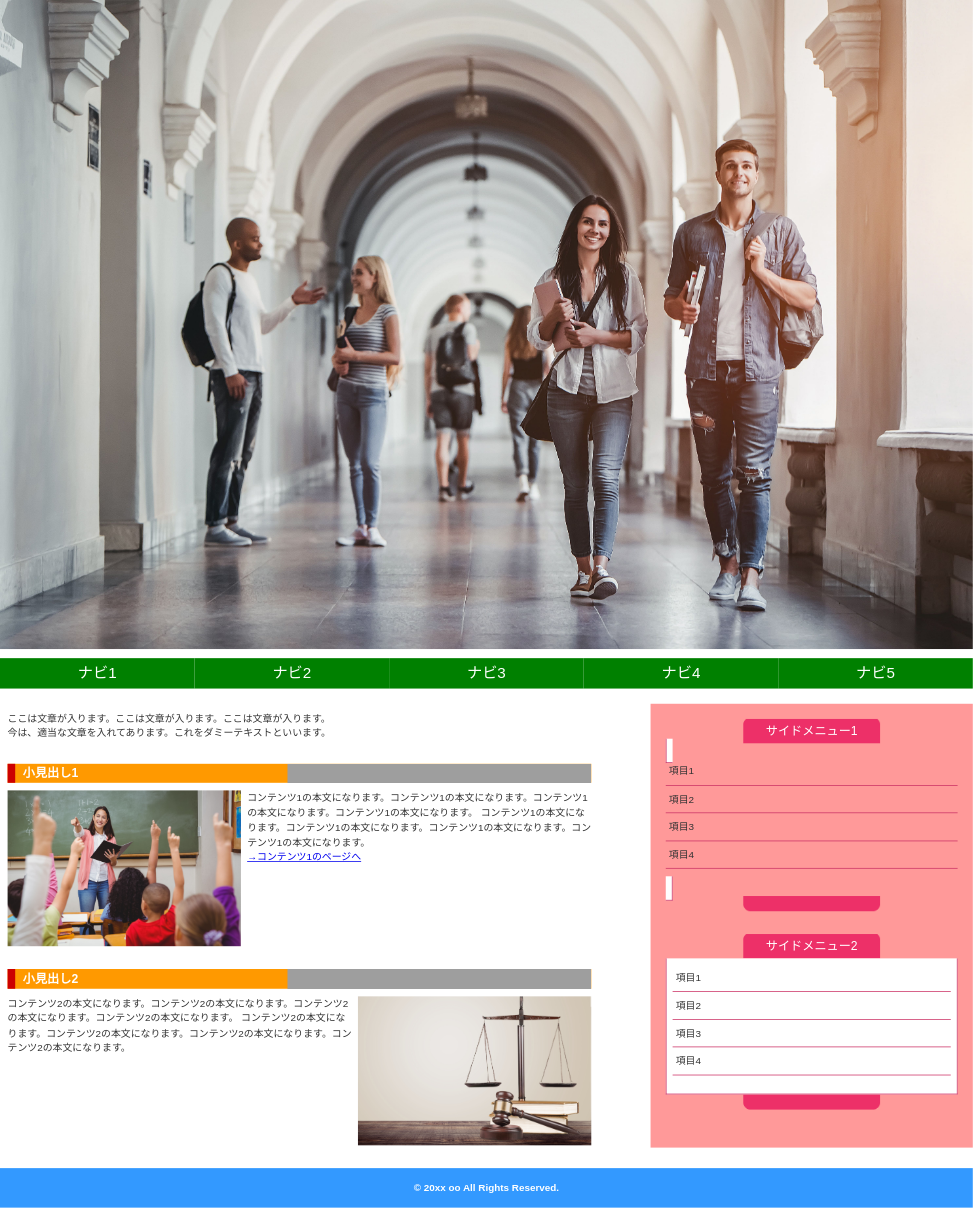
Repository: iDicek/samurai_HTML-CSS
Page: home.html
The author's editor kept a record of every edit. The page is drawn from the files as they stood at one moment, then again after the next edit.
The browser window is 1280 px wide. The pictures show the whole page, at 76% of full size.
The pointer rests on the first visible `#side .box .boxBody ul li`.
Pictures or frames that could not be fetched are drawn as grey boxes.

Above is the page before.

### home.html
<!DOCTYPE html>
<html lang="ja">
    <head>
       <meta charset="UTF-8">
       <title>HTML/CSSの学習</title>
       <link rel="stylesheet" href="stylesheet.css"
    </head>
    <body>
        <div id="header">
            <h1><a href="index.html"><img id="corridor" src="images/corridor.jpg" alt="大学の廊下"></a></h1>
        </div>
        <div id="wrapper">
            <div id="nav">
                <ul>
                    <li><a href="home.html">ナビ1</a></li>
                    <li><a href="#">ナビ2</a></li>
                    <li><a href="#">ナビ3</a></li>
                    <li><a href="#">ナビ4</a></li>
                    <li><a href="#">ナビ5</a></li>
                </ul>
            </div>
                <div id="container">
                    <div id="main">
                        <div class="post">
                            <p>ここは文章が入ります。ここは文章が入ります。ここは文章が入ります。<br/>今は、適当な文章を入れてあります。これをダミーテキストといいます。</p>
                        </div>
                        <div class="post clearfix">
                            <h2>小見出し1</h2>
                            <img class="left" src="images/classroom.jpg" alt="授業風景"/>
                            <p>
                                コンテンツ1の本文になります。コンテンツ1の本文になります。コンテンツ1の本文になります。コンテンツ1の本文になります。
                                コンテンツ1の本文になります。コンテンツ1の本文になります。コンテンツ1の本文になります。コンテンツ1の本文になります。
                            </p>
                            <p><a href="#">→コンテンツ1のページへ</a></p>
                        </div>
                        <div class="post clearfix">
                            <h2>小見出し2</h2>
                            <img class="right" src="images/scale.jpg" alt="天秤"/>
                            <p>
                                コンテンツ2の本文になります。コンテンツ2の本文になります。コンテンツ2の本文になります。コンテンツ2の本文になります。
                                コンテンツ2の本文になります。コンテンツ2の本文になります。コンテンツ2の本文になります。コンテンツ2の本文になります。
                            </p>
                        </div>
                    </div>
                </div>
                    <div id="side">
                        <div class="box">
                            <h2>サイドメニュー1</h2>
                            <dix class="boxBody">
                                <ul>
                                    <li>項目1</li>
                                    <li>項目2</li>
                                    <li>項目3</li>
                                    <li>項目4</li>
                                </ul>
                            </dix>
                        </div>
                        <div class="box">
                            <h2>サイドメニュー2</h2>
                            <div class="boxBody">
                                <ul>
                                    <li>項目1</li>
                                    <li>項目2</li>
                                    <li>項目3</li>
                                    <li>項目4</li>
                                </ul>
                            </div>
                        </div>
                    </div>
        </div>
        <div id="footer">
            <p>&copy; 20xx oo All Rights Reserved.</p>
        </div>
    </body>
</html>

### stylesheet.css
@charset "utf-8";

body {
    margin: 0;
    padding: 0;
    font-family: "ヒラギノ角ゴ Pro W3", "Hiragino Kaku Gothic Pro", "メイリオ", Meiryo, Osaka, "MS Pゴシック", "MS Pgothic", sans-serif;
    color: #333;
    font-size: 13px;
    line-height: 150%
}

/* --------------- wrapper --------------- */
#wrapper {
    width: 100%;
    margin: auto;
    padding: 0px;
    border: 0px;
    background-color: #FFF;
    top: 10px;
    position: relative;
}


/* --------------- header --------------- */
#header {
    width: 100%;
}
#header h1 {
    margin: 0;
    padding: 0;
}

#corridor {
    width: 100%;
    height: auto;
}


/* --------------- footer --------------- */
#footer {
    clear: both;
    width: 100%;
    padding: 3px 0 3px 0;
    background: #39F;
    color: #FFF;
    font-weight: bold;
    text-align: center;
}


/* --------------- nav --------------- */
#nav {
    width: 100%;
}

#nav ul {
    margin: 0;
    padding: 0;
    list-style-type: none;
}

#nav ul li {
    float: left;
    width: 20%;
    text-align: center;
}

#nav ul li a {
    display: block;
    height: 20px;
    margin: 0;
    padding: 10px;
    color: #FFF;
    font-size: 20px;
    text-decoration: none;
    background-color: green;
}

#nav ul li a:hover {
    filter: drop-shadow(10px 10px 10px black);
}

/* --------------- container --------------- */
#container {
    width:100%;
    margin: auto ;
    padding: auto;
    padding-top: 20px;
    clear: both;
}

/* --------------- main --------------- */
#main {
    float: left;
    width: 60%;
    padding: 10px 30px 10px 10px;
}
#main h2 {
    margin: 0 0 10px 0;
    padding: 3px 10px 3px 10px;
    color: #FFF;
    font-size: 16px;
    border-left: solid 10px #C00;
    background: #F90 url(../images/main_h2.jpg) right top repeat-y;
}
#main p {
    margin: 0;
    padding: 0;
}
#main .post {
    margin: 0 0 30px 0;
}

#main .post img.right {
    margin: 0 0 0 8px;
}
#main .post img.left {
    margin: 0 8px 0 0;
}

.right {
    float: right;
    width: 40%;
    height: auto;
}
.left {
    float: left;
    width: 40%;
    height: auto;
}

/* --------------- clearfix --------------- */
.clearfix {
    zoom: 1;
}
.clearfix:after{
    content: "";
    display: block;
    clear: both;
}

/* --------------- side --------------- */
#side {
    float: right;
    width: 30%;
    padding: 20px;
    background-color: #F99;
}
#side .box {
    margin: 0 auto 30px auto;
    padding: 0 0 20px 0;
    background: url(images/side_box.png) bottom no-repeat;
}
#side .box h2 {
    margin: 0;
    padding: 8px;
    text-align: center;
    color: #fff;
    font-size: 16px;
    line-height: 16px;
    font-weight: normal;
    background: url(images/side_box_h2.png) center no-repeat;
}
#side .box .boxBody {
    padding: 8px;
    border-right: solid 1px #C36;
    border-bottom: solid 1px #C36;
    border-left: solid 1px #C36;
    background: #fff;
}
#side .box .boxBody ul {
    margin: 0 0 16px 0;
    padding: 0;
}
#side .box .boxBody ul li {
    padding: 8px 0 8px 4px;
    list-style: none;
    border-bottom: solid 1px #C36;
}

After the next edit:
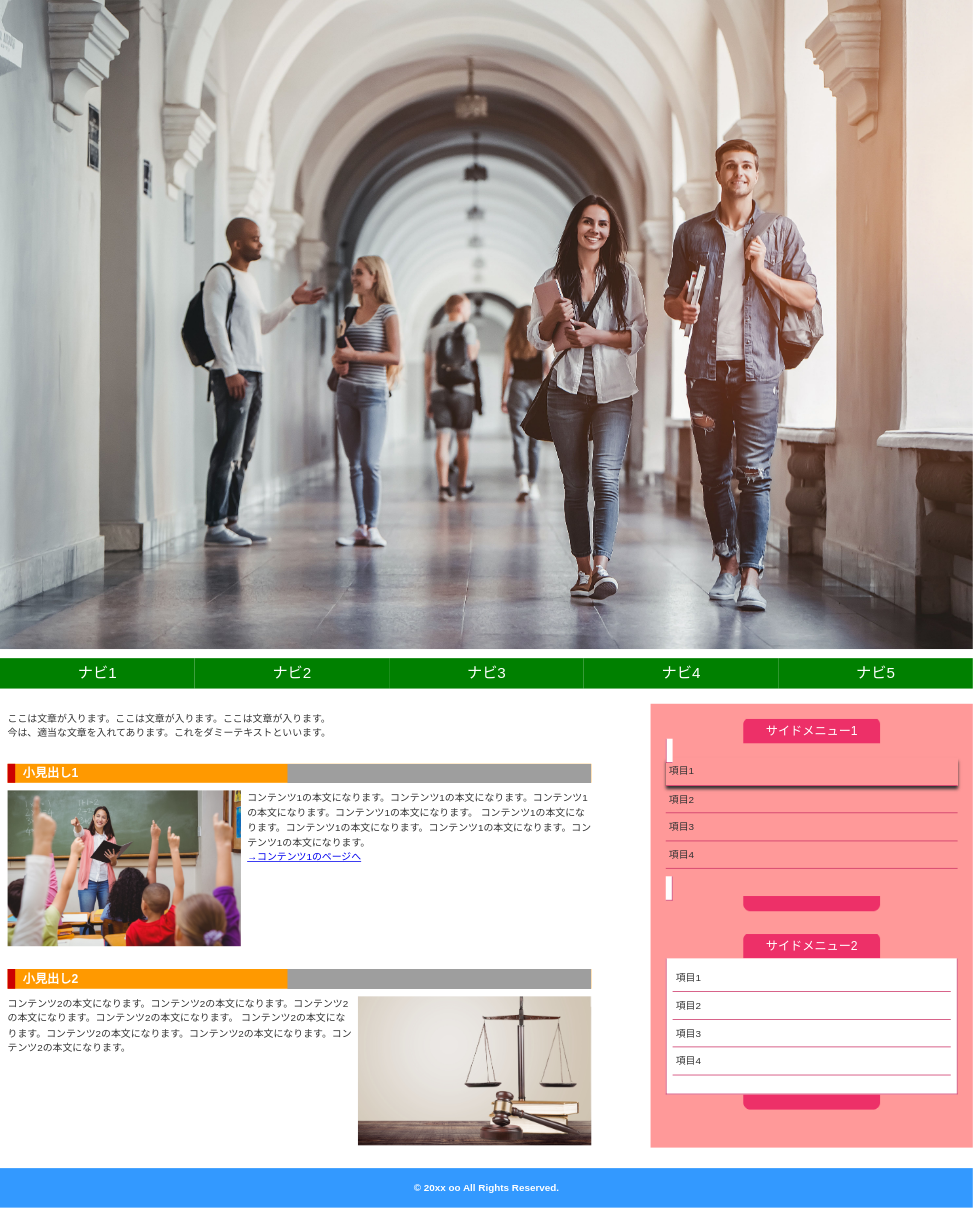
The edit:
--- a/stylesheet.css
+++ b/stylesheet.css
@@ -177,3 +177,10 @@
     list-style: none;
     border-bottom: solid 1px #C36;
 }
+
+#side .box .boxBody ul li:hover {
+    padding: 8px 0 8px 4px;
+    list-style: none;
+    border-bottom: solid 1px #C36;
+    box-shadow: 0px 4px 4px
+}
